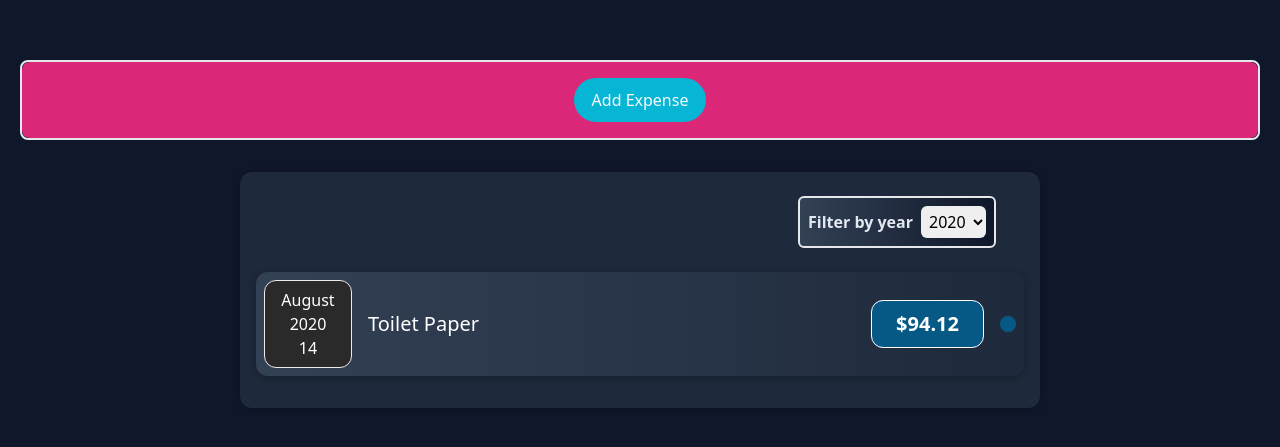
Repository: Sef24/expense-tracker
Page: /
An editor plug-in stored every save of this project. The page is shown before and after the next save, followed by the edit.
The browser window is 1280 px wide. The pictures show the whole page.
The project was rebuilt for these pictures with package versions that can differ from the ones it lists, and the page was loaded fresh each time. Also part of the build but not shown: src/components/NewExpense/NewExpense.css, src/components/NewExpense/ExpenseForm.css, src/components/NewExpense/ExpenseForm.js.

Above is the page before, as saved 2022-05-03 19:47:58.

After the next save:
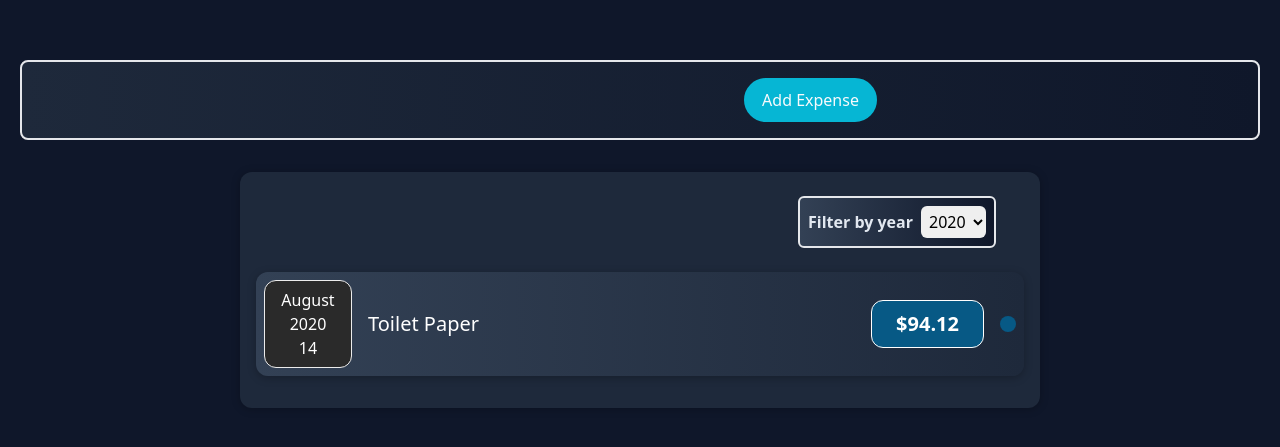
Saved 30 s later.
--- a/src/components/NewExpense/NewExpense.js
+++ b/src/components/NewExpense/NewExpense.js
@@ -30,11 +30,11 @@ function NewExpense(props) {
         className="flex flex-grow justify-evenly w-full p-4 mt-10 items-center  border-2
       bg-gradient-to-r from-slate-800 to-slate-900 ... px-10 rounded-lg relative"
       >
-        <div className="absolute inset-0 bg-pink-600 rounded-lg"></div>
+        <div className=""></div>
         {!isEditing && (
           <button
             onClick={startEditingHandler}
-            className="relative items-center justify-center border-2 border-cyan-500 p-2 px-4 rounded-full text-slate-50
+            className="flex  items-center justify-center border-2 border-cyan-500 p-2 px-4 rounded-full text-slate-50
           cursor-pointer transition duration-100 transform hover:scale-125 hover:text-white
           bg-cyan-500 text-extra-bold
           "
